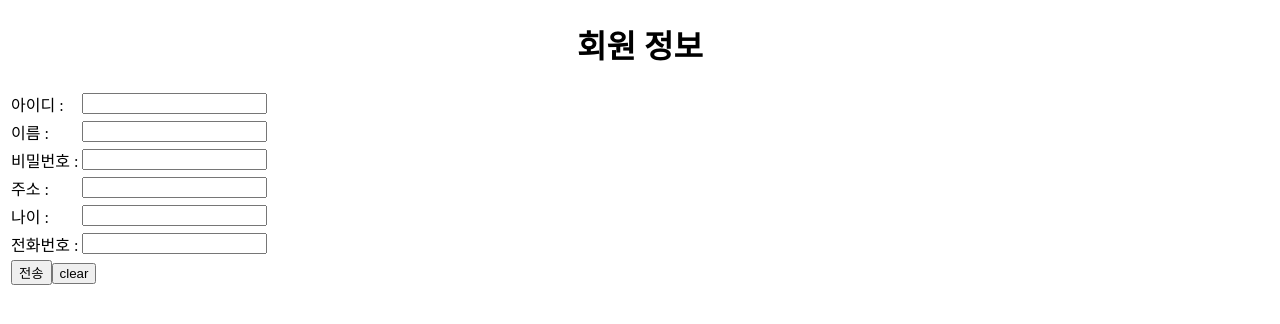
Repository: Seonhanbit/dev
Page: http://localhost/MemberProject/meminfo.jsp
An editor plug-in stored every save of this project. The page is shown before and after the next save, followed by the edit.
The browser window is 1280 px wide. The pictures show the whole page.
The page is served by Tomcat 9.

Above is the page before, as saved 2019-09-17 03:07:02.

After the next save:
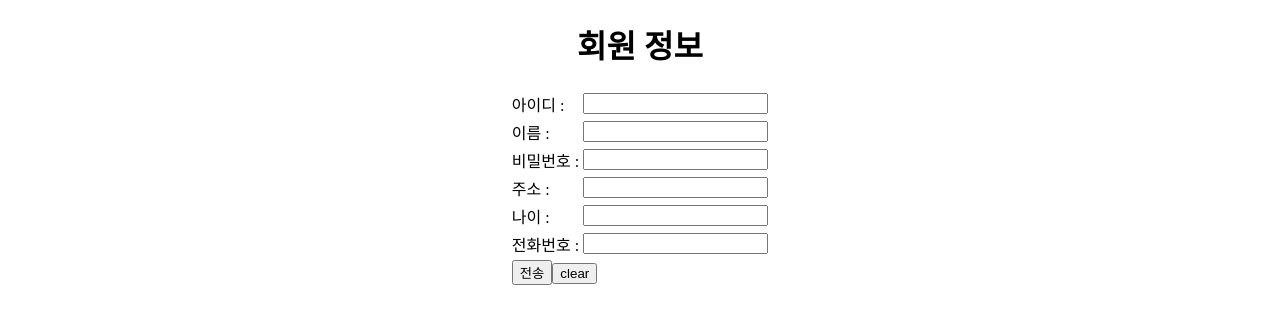
Saved 14 s later.
--- a/work_servlet_jsp/MemberProject/WebContent/meminfo.jsp
+++ b/work_servlet_jsp/MemberProject/WebContent/meminfo.jsp
@@ -1,5 +1,5 @@
 <%@ page language="java" contentType="text/html; charset=UTF-8"
-    pageEncoding="UTF-8"%>
+	pageEncoding="UTF-8"%>
 <!DOCTYPE html>
 <html>
 <head>
@@ -7,37 +7,40 @@
 <title>회원 정보 조회</title>
 </head>
 <body>
-<h1 align="center">회원 정보</h1>
-	<form action="#" method="post" id="rform">
-		<table>
-			<tr>
-				<td>아이디 :</td>
-				<td><input type="text" name="pid" id="pid"></td>
-			</tr>
-			<tr>
-				<td>이름 :</td>
-				<td><input type="text" name="pname" id="pname"></td>
-			</tr>
-			<tr>
-				<td>비밀번호 :</td>
-				<td><input type="password" name="ppw" id="ppw"></td>
-			</tr>
-			<tr>
-				<td>주소 :</td>
-				<td><input type="text" name="paddr" id="paddr"></td>
-			</tr>
-			<tr>
-				<td>나이 :</td>
-				<td><input type="number" name="page" id="page"></td>
-			</tr>
-			<tr>
-				<td>전화번호 :</td>
-				<td><input type="tel" name="ptel" id="ptel"></td>
-			</tr>
-			<tr>
-				<td colspan="2"><input type="button" value="전송" onclick="check()"><input type="reset" value="clear"></td>
-			</tr>
-		</table>
-	</form>
+	<div align="center">
+		<h1>회원 정보</h1>
+		<form action="#" method="post" id="rform">
+			<table>
+				<tr>
+					<td>아이디 :</td>
+					<td><input type="text" name="pid" id="pid"></td>
+				</tr>
+				<tr>
+					<td>이름 :</td>
+					<td><input type="text" name="pname" id="pname"></td>
+				</tr>
+				<tr>
+					<td>비밀번호 :</td>
+					<td><input type="password" name="ppw" id="ppw"></td>
+				</tr>
+				<tr>
+					<td>주소 :</td>
+					<td><input type="text" name="paddr" id="paddr"></td>
+				</tr>
+				<tr>
+					<td>나이 :</td>
+					<td><input type="number" name="page" id="page"></td>
+				</tr>
+				<tr>
+					<td>전화번호 :</td>
+					<td><input type="tel" name="ptel" id="ptel"></td>
+				</tr>
+				<tr>
+					<td colspan="2"><input type="button" value="전송"
+						onclick="check()"><input type="reset" value="clear"></td>
+				</tr>
+			</table>
+		</form>
+	</div>
 </body>
 </html>
